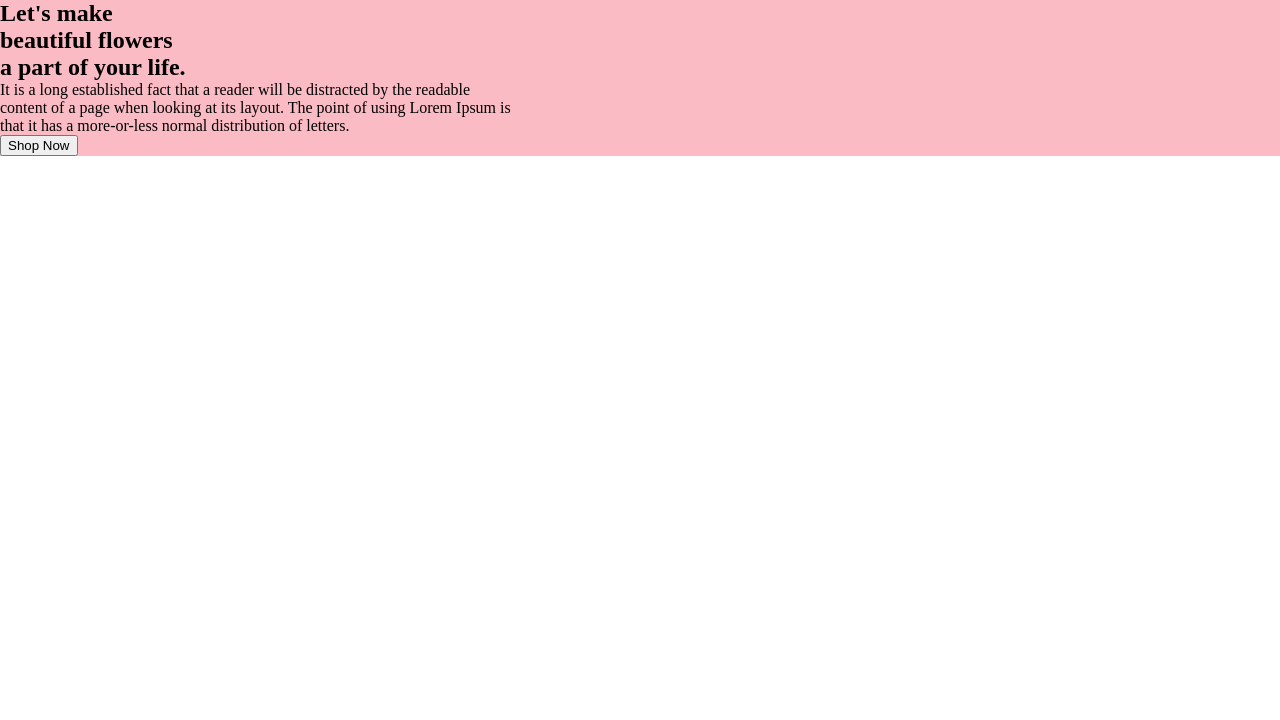
Repository: sadiaafsana138/Flower-Shop_Responsive
Page: index.html
The author's editor kept a copy of each file at every save. The page is drawn from the files as they stood at one save, then again after the next save.
The browser window is 1280 px wide. The pictures show the whole page.

Above is the page before, as saved 2023-08-30 02:07:16.

### index.html
<!DOCTYPE html>
<html lang="en">
<head>
    <meta charset="UTF-8">
    <meta name="viewport" content="width=device-width, initial-scale=1.0">
    <title>Flower Shop</title>
    <link rel="stylesheet" href="Flower.css">
</head>
<body>
    <header>
       <section class="Section1">
        <div id="HeaderText">
            <h1>
                Let's make<br>beautiful flowers<br>a part of your life.
            </h1>
            <p>
                It is a long established fact that a reader will be distracted by the readable<br>content of a page when looking at its layout. The point of using Lorem Ipsum is<br>that it has a more-or-less normal distribution of letters.
            </p>
            <button>
                Shop Now
            </button>
        </div>
        <div id="HeaderImage"></div>
       </section>

    </header>
    <main>
        <section class="Section2"></section>
        <section class="Section3"></section>
        <section class="Section4"></section>
        <section class="Section5"></section>
        <section class="Section6"></section>
        <section class="Section7"></section>
        <section class="Section8"></section>
    </main>
    <footer>

    </footer>
</body>
</html>

### Flower.css
*{
    margin:0px;
}
.Section1{
    background-color: rgb(250, 187, 196);
}

After the next save:
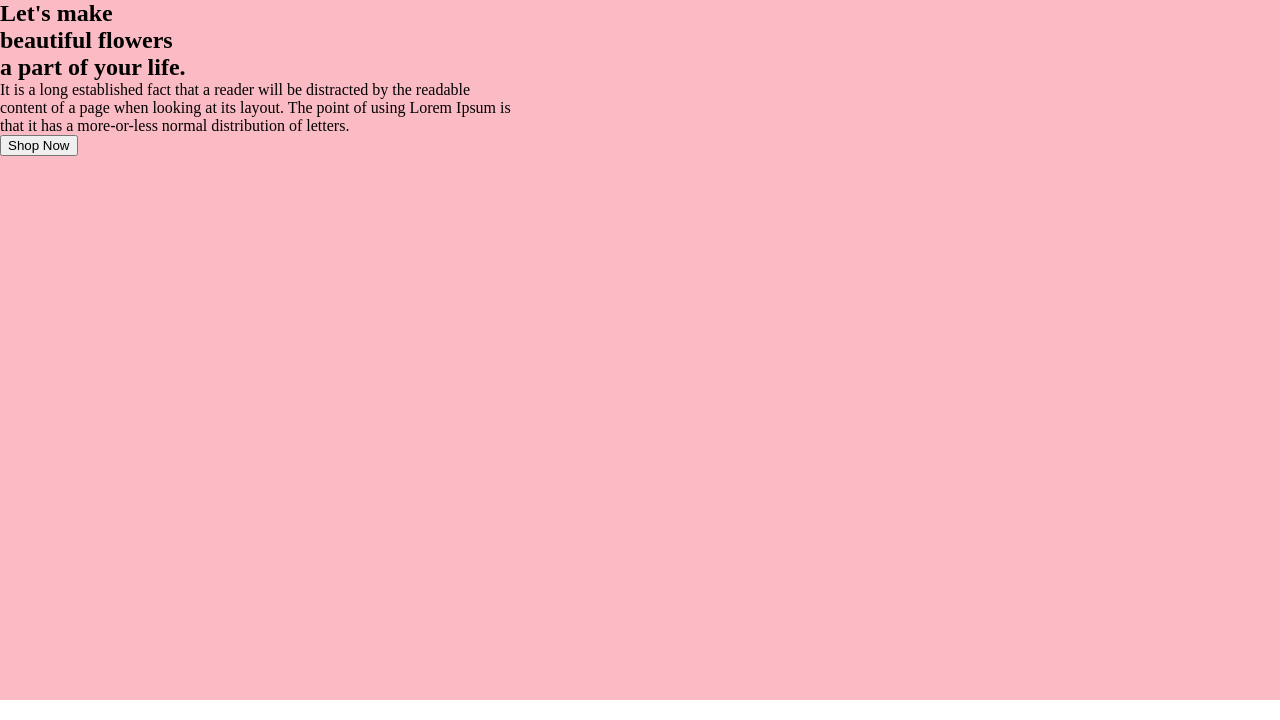
Saved 84 s later.
--- a/Flower.css
+++ b/Flower.css
@@ -3,4 +3,6 @@
 }
 .Section1{
     background-color: rgb(250, 187, 196);
+    height:700px;
+    width: 100%;
 }
